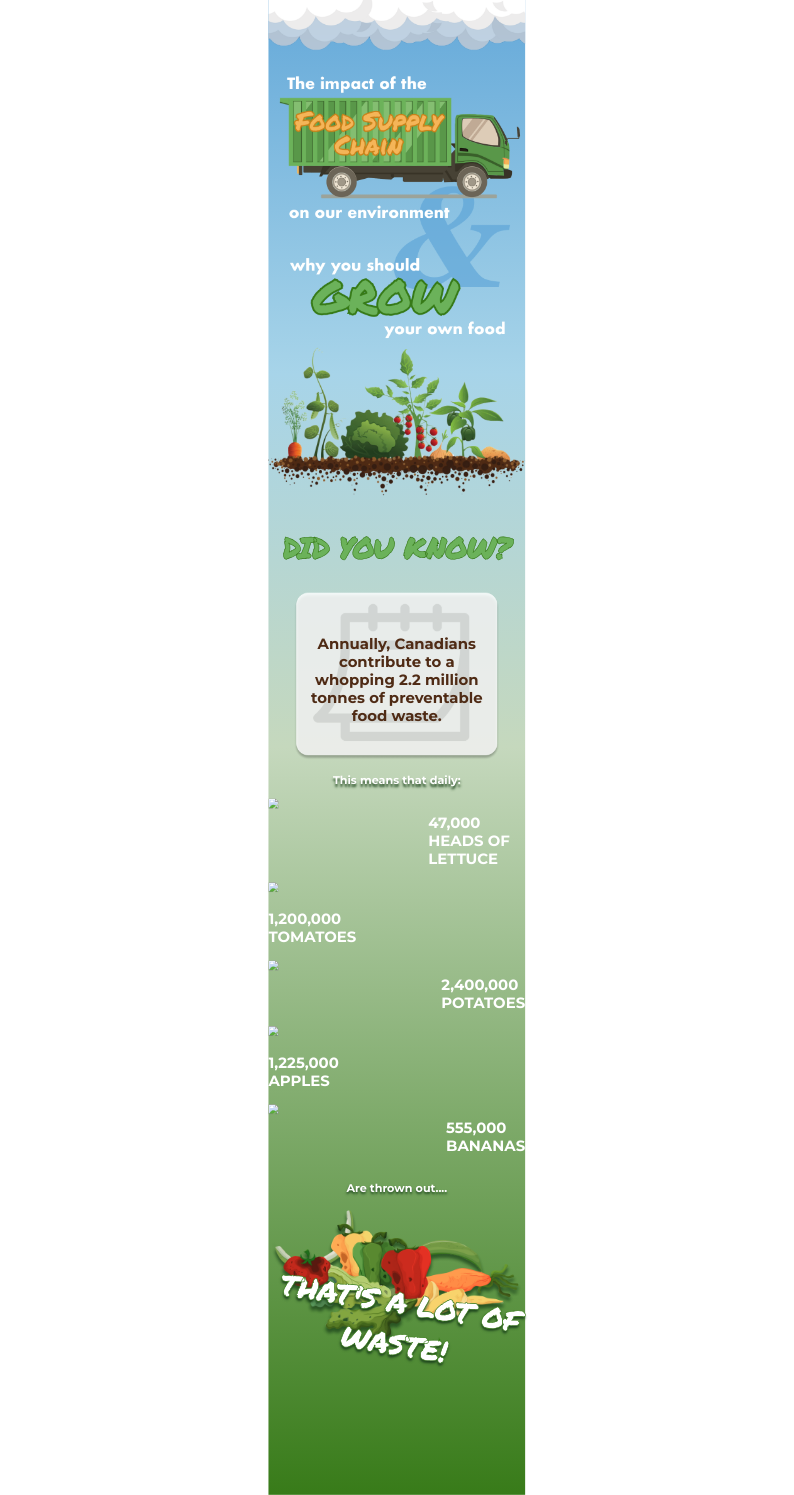
Repository: zoelake/DCDmidterm
Page: page1/index.html
An editor plug-in stored every save of this project. The page is shown before and after the next save, followed by the edit.
The browser window is 1280 px wide. The pictures show the whole page, at 62% of full size.

Above is the page before, as saved 2021-03-05 17:47:03.

### page1/index.html
<!DOCTYPE html>
<html lang="en">

<head>
    <meta charset="UTF-8">
    <meta http-equiv="X-UA-Compatible" content="IE=edge">
    <meta name="viewport" content="width=device-width, initial-scale=1.0">
    <title>Midterm project</title>
    <link rel="stylesheet" href="./style.css">
    <link rel="preconnect" href="https://fonts.gstatic.com">
    <link href="https://fonts.googleapis.com/css2?family=Montserrat:wght@300&display=swap" rel="stylesheet">
    <link rel="preconnect" href="https://fonts.gstatic.com">
    <link href="https://fonts.googleapis.com/css2?family=Montserrat:wght@300;700&display=swap" rel="stylesheet">
    <link rel="preconnect" href="https://fonts.gstatic.com">
    <link href="https://fonts.googleapis.com/css2?family=Permanent+Marker&display=swap" rel="stylesheet">
</head>

<body>

    <div id="main">
        <img id="cloud" alt="cloud" src="images/cloud.png">
        <img id="graphic1" alt="garbage truck" src="images/graphic1.png">
        <img id="garden" alt="veggie garden" src="images/garden.png">
        <h2 id="text-fact">DID YOU KNOW?</h2>
        <img id="calendar" alt="calendar icon" src="images/calendar.png">
        <p id="calendar-text">Annually, Canadians contribute to a whopping 2.2 million tonnes of preventable food waste.
        </p>
        <p class="list-text">This means that daily:</p>

        <div class="produce-left">
            <img src="#">
            <p class="text-left">47,000<br>HEADS OF LETTUCE</p>
        </div>

        <div class="produce-right">
            <img src="#">
            <p class="text-right">1,200,000<br>TOMATOES</p>
        </div>

        <div class="produce-left">
            <img src="#">
            <p class="text-left">2,400,000<br>POTATOES</p>
        </div>

        <div class="produce-right">
            <img src="#">
            <p class="text-right">1,225,000<br>APPLES</p>
        </div>

        <div class="produce-left">
            <img src="#">
            <p class="text-left">555,000<br>BANANAS</p>
        </div>

        <p class="list-text">Are thrown out....</p>

        <img id="rotten-veggies" alt="rotten veggies" src="images/rotten-veggies.png">
        <h2 id="text-waste">THAT'S A LOT OF WASTE!</h2>


    </div>

</body>

</html>

### page1/style.css
html, body {
  margin:0;
  /* overflow-y: hidden; */
}

body {
  display: flex;
  justify-content: center;
  align-items: center;
}

#main{
  position: relative;
  width: 414px;
  height: 2411px;
  align-self: center;
  background-image: linear-gradient(#65A9D9, #A7D4E9, #C5D8BD, #7EAA6A, #387B19);
}

img{
    width: 100%;
}

h2{
    text-align: center;
    font-size: 46px;
    font-family: 'Permanent Marker', cursive;
    -webkit-text-stroke-width: 1px;
    -webkit-text-stroke-color: #367A17;
}

#text-fact{
    color: #6BB25A;
}

#text-waste{
    color: white;
    top: -10px;
    text-shadow: 0px 4px 4px #1F471E;
    position: absolute;
    top: 2030px;
    transform: rotate(9deg);
}

#calendar{
    width: 80%;
    padding: 0 10%;
}

#calendar-text{
    position: absolute;
    width: 76%;
    padding: 0 12%;
    text-align: center;
    top: 1000px;
    z-index: 2;
    color: #4F2B15;
}

p{
    color: white;
    font-family: 'Montserrat', sans-serif;
    font-weight: 900;
    font-size: 24px;
}

.list-text{
    font-size: 18px;
    text-align: center;
    text-shadow: 0px 4px 4px #1F471E;
}

.produce-left{
    display: flex;
    flex-direction: row;
    justify-content: center;
}

After the next save:
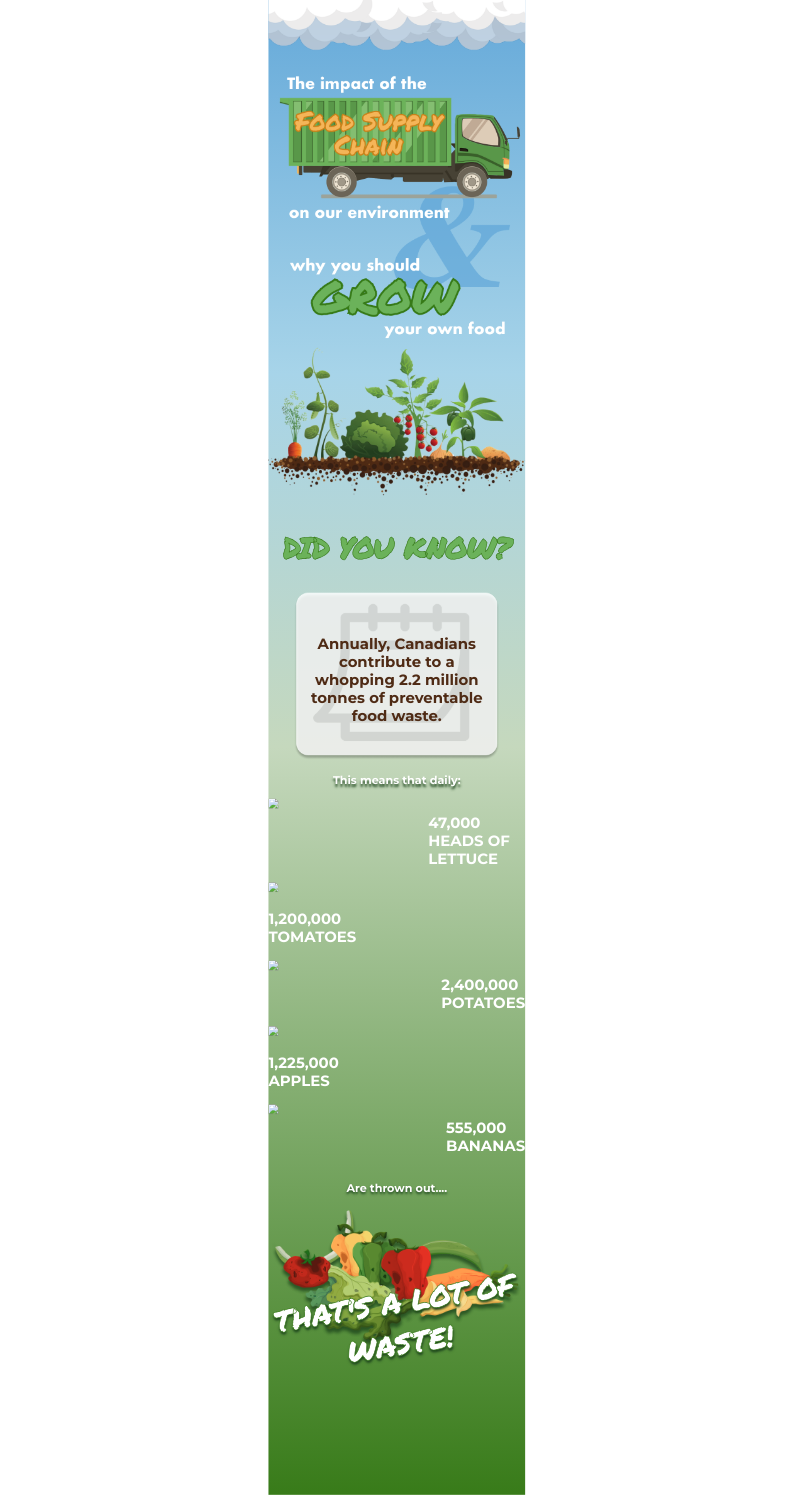
Saved 4 s later.
--- a/page1/style.css
+++ b/page1/style.css
@@ -39,7 +39,7 @@ h2{
     text-shadow: 0px 4px 4px #1F471E;
     position: absolute;
     top: 2030px;
-    transform: rotate(9deg);
+    transform: rotate(-9deg);
 }
 
 #calendar{
